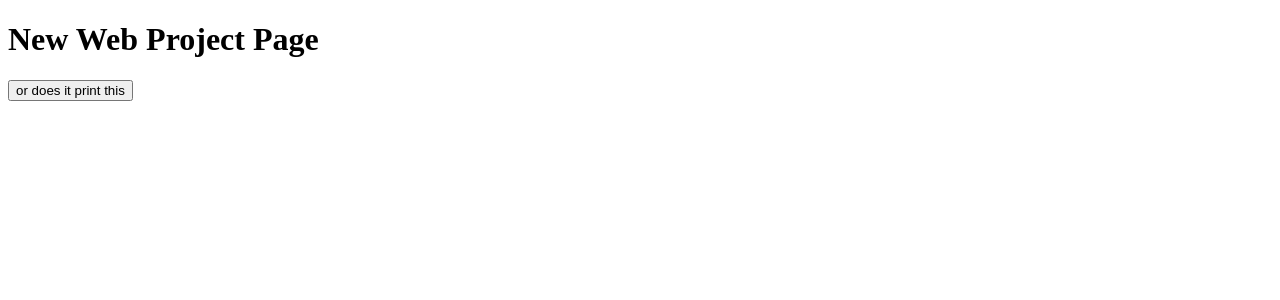
Repository: seantao97/publicProjects
Page: GuessTwoo/v8/Aptana Javascript/Trial/new_file.html
An editor plug-in stored every save of this project. The page is shown before and after the next save, followed by the edit.
The browser window is 1280 px wide. The pictures show the whole page.

Above is the page before, as saved 2016-07-20 02:13:15.

### GuessTwoo/v8/Aptana Javascript/Trial/new_file.html
<!DOCTYPE HTML PUBLIC "-//W3C//DTD HTML 4.01 Transitional//EN"
"http://www.w3.org/TR/html4/loose.dtd">
<html xmlns="http://www.w3.org/1999/xhtml">
	<head>
		<meta http-equiv="Content-Type" content="text/html; charset=utf-8" />
		<title>New Web Project</title>
		<script src = "new_file.js"> </script>
	</head>
	<body>
		<h1>New Web Project Page</h1>
		<button value="doesitprintvalue">or does it print this</button>
	</body>
</html>

Loaded but not shown: GuessTwoo/v8/Aptana Javascript/Trial/new_file.js (no copy from this time; the picture is the same without it)

After the next save:
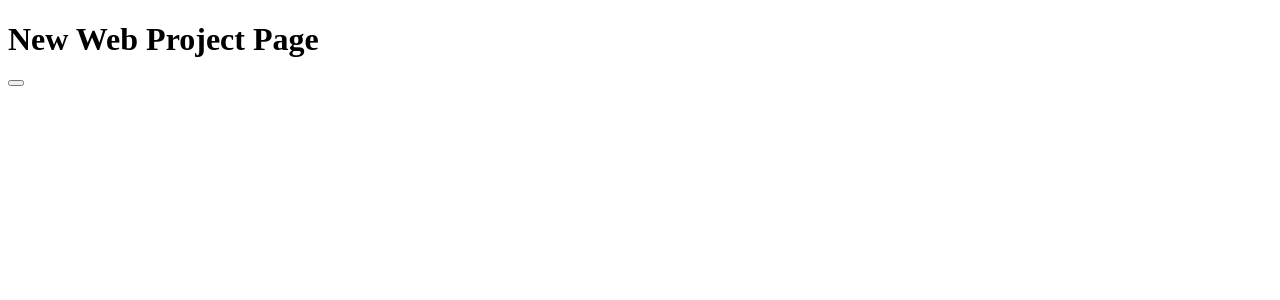
Saved 39 s later.
--- a/GuessTwoo/v8/Aptana Javascript/Trial/new_file.html
+++ b/GuessTwoo/v8/Aptana Javascript/Trial/new_file.html
@@ -8,6 +8,6 @@
 	</head>
 	<body>
 		<h1>New Web Project Page</h1>
-		<button value="doesitprintvalue">or does it print this</button>
+		<button value="doesitprintvalue"></button>
 	</body>
 </html>
